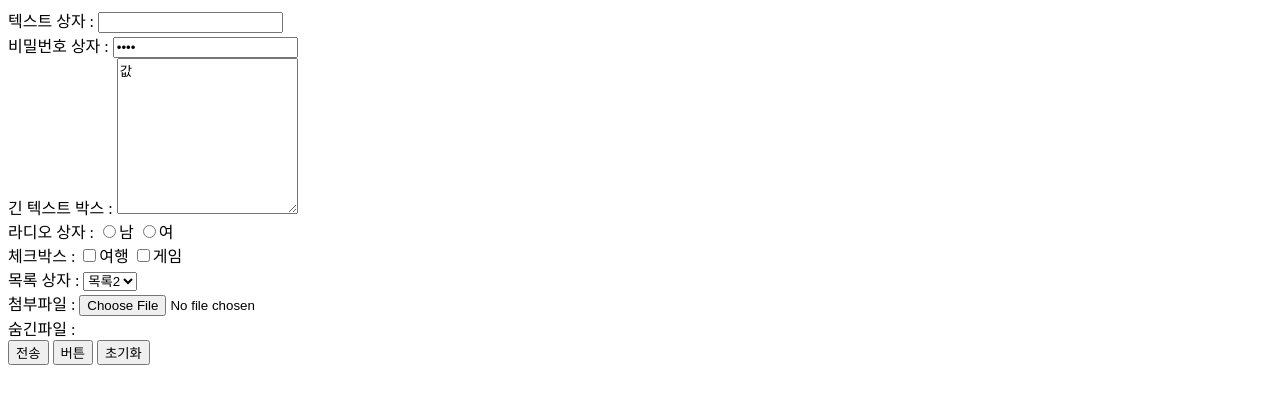
Repository: hololog/workspace_jsp1
Page: JspStudy/src/main/webapp/js1/Test12.html
These files come from the project's save history. The page is drawn as it stood at one moment and after the next save; the edit follows.
The browser window is 1280 px wide. The pictures show the whole page.

Above is the page before, as saved 2021-12-09 07:19:29.

After the next save:
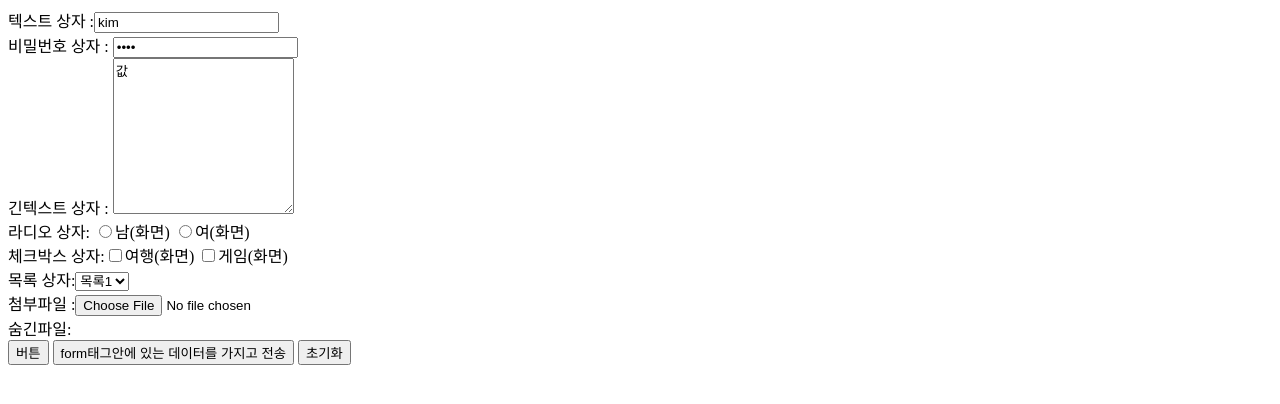
Saved 100 s later.
--- a/JspStudy/src/main/webapp/js1/Test12.html
+++ b/JspStudy/src/main/webapp/js1/Test12.html
@@ -2,31 +2,27 @@
 <html>
 <head>
 <meta charset="UTF-8">
-<title>js1/Test12.html</title>
-<script type="text/javascript">
-
-</script>
+<title>js1/test12.html</title>
 </head>
 <body>
- <form action="Test11.html" method="get">
-<!--  get은 주소줄에 정보가 보이게 -->
-  텍스트 상자 : <input type="text" name="id"><br>
-  비밀번호 상자 : <input type="password" name="pass" value="1234"><br>
-  긴 텍스트 박스 : <textarea rows="10" cols="20" name="ta">값</textarea><br>
-  라디오 상자 : <input type="radio" name="ra" value="남">남
-             <input type="radio" name="ra" value="여">여<br>
-  체크박스 :  <input type="checkbox" name="ch" value="여행">여행
-            <input type="checkbox" name="ch" value="게임">게임<br>
-  목록 상자 :  <select name="sel">
-              <option value="1" >목록1</option>
-              <option value="2" selected>목록2</option>
-             </select><br>
-  첨부파일 : <input type="file" name="file"><br>
-  숨긴파일 : <input type="hidden" name="hidden" value="숨긴값"><br>
-  <input type="submit" value="전송">
-<!--   form태그의 데이터를 전송하는 역학 -->
-  <input type="button" value="버튼">
-  <input type="reset" value="초기화">
- </form>
+
+<form action="test1.html" method="get">
+텍스트 상자 :<input type="text" name="id" value="kim"><br>
+비밀번호 상자 : <input type="password" name="pass" value="1234"><br>
+긴텍스트 상자 : <textarea rows="10" cols="20" name="ta">값</textarea><br>
+라디오 상자: <input type="radio" name="ra" value="1">남(화면)
+           <input type="radio" name="ra" value="2">여(화면)<br>
+체크박스 상자:<input type="checkbox" name="ch" value="여행">여행(화면)
+           <input type="checkbox" name="ch" value="게임">게임(화면)<br>
+목록 상자:<select name="sel">
+			<option value="1">목록1</option>
+			<option value="2">목록2</option>
+		</select><br>
+첨부파일 :<input type="file" name="file"><br>
+숨긴파일:<input type="hidden" name="hi" value="숨김값"><br>
+<input type="button" value="버튼">
+<input type="submit" value="form태그안에 있는 데이터를 가지고 전송">
+<input type="reset" value="초기화">
+</form>
 </body>
 </html>
